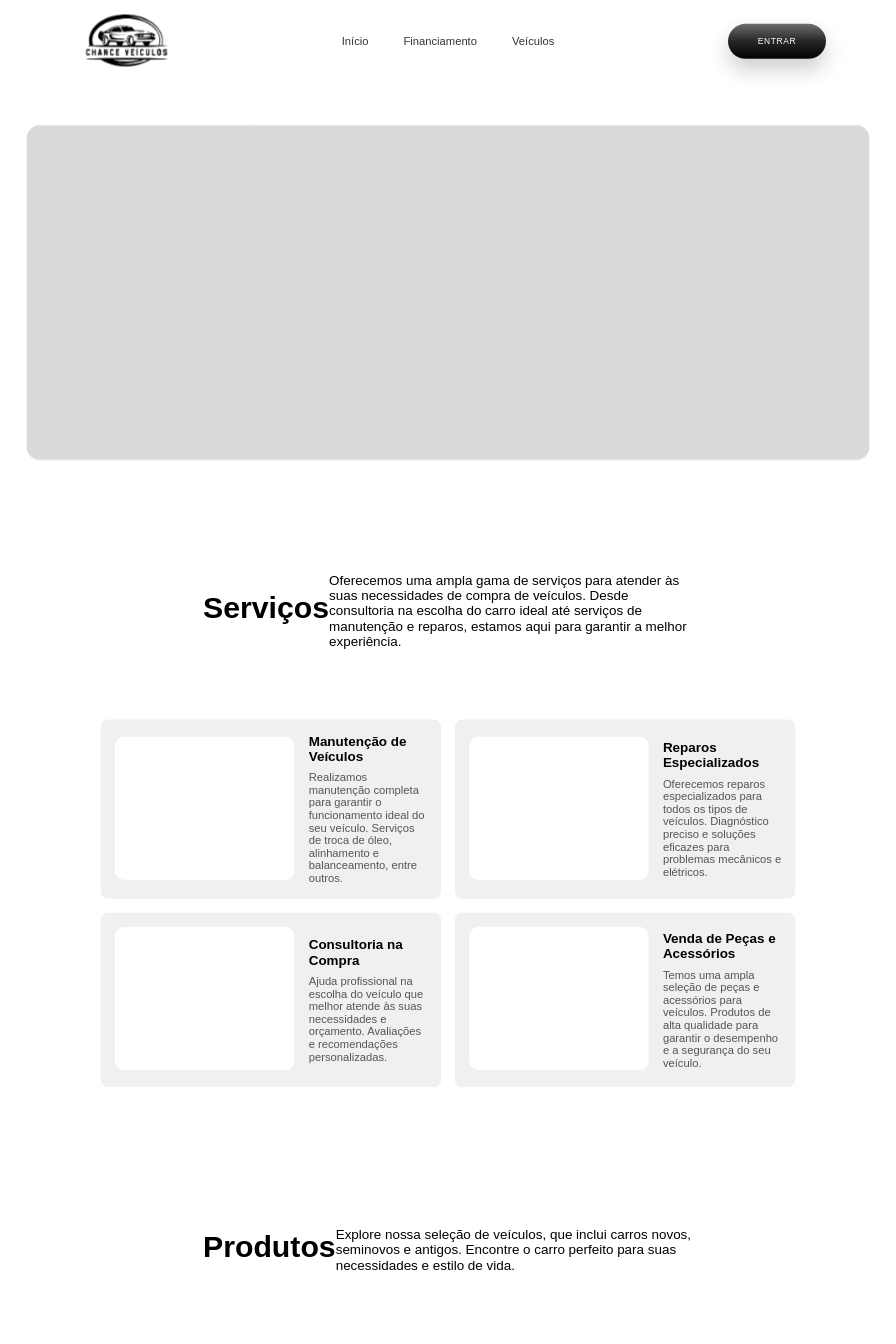
Repository: Matheus904-12/Reforma
Page: index.html
An editor plug-in stored every save of this project. The page is shown before and after the next save, followed by the edit.
The browser window is 1280 px wide. The pictures show the part of the page from y = 0 to 1920 px (the page is 4195 px tall), at 70% of full size.
Some web libraries are served in a nearby version.

Above is the page before, as saved 2024-08-05 20:06:14.
Console error (its wording comes from the project's code and is left out).

After the next save:
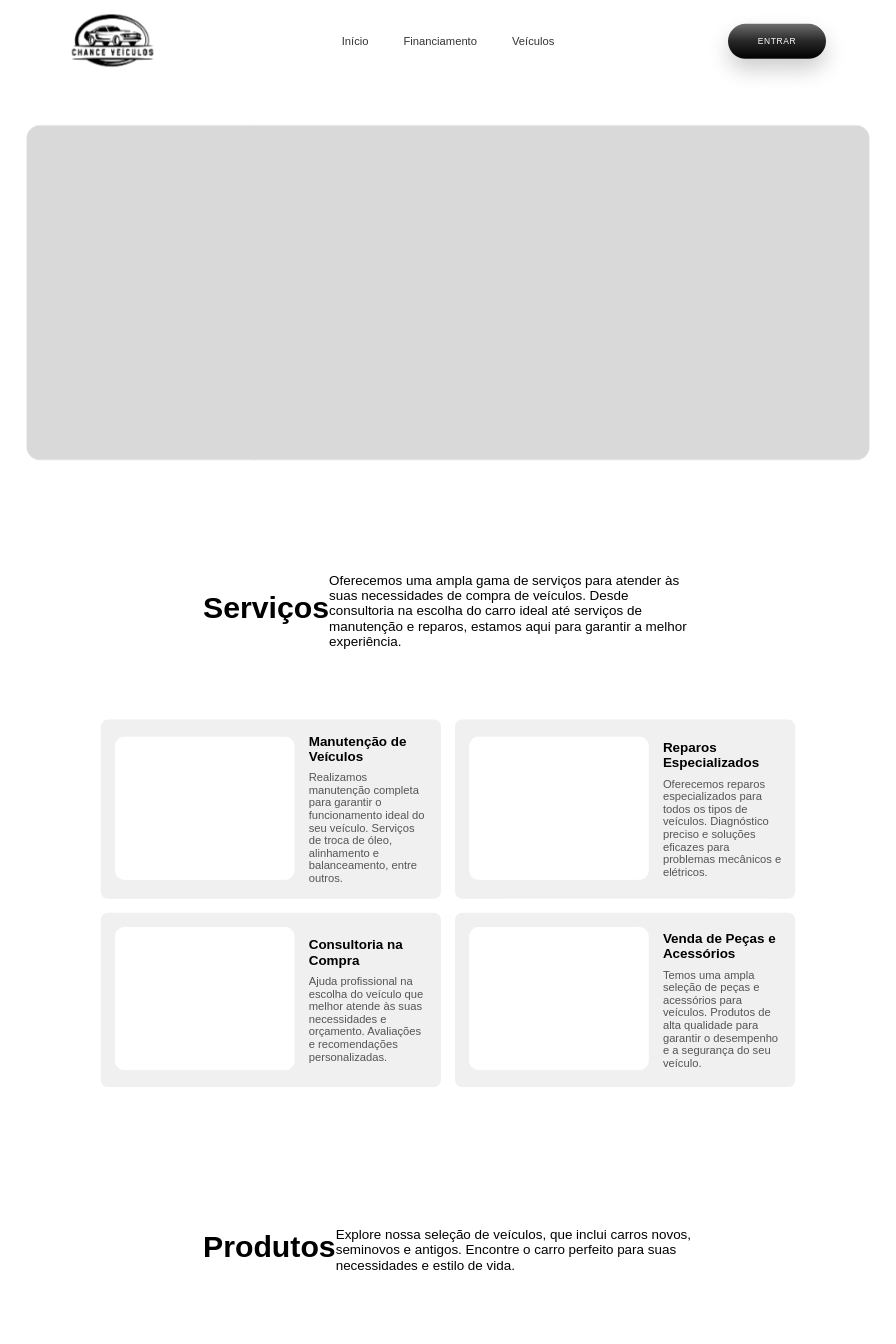
Saved 5 s later.
--- a/styles.css
+++ b/styles.css
@@ -35,7 +35,7 @@ header {
 .logo img {
   transform: scale(0.3); /* Reduz o tamanho para 80% */
   transition: transform 0.3s ease-in-out;
-  margin-left: -200px;
+  margin-left: -220px;
 }
 
 .nav-links {
